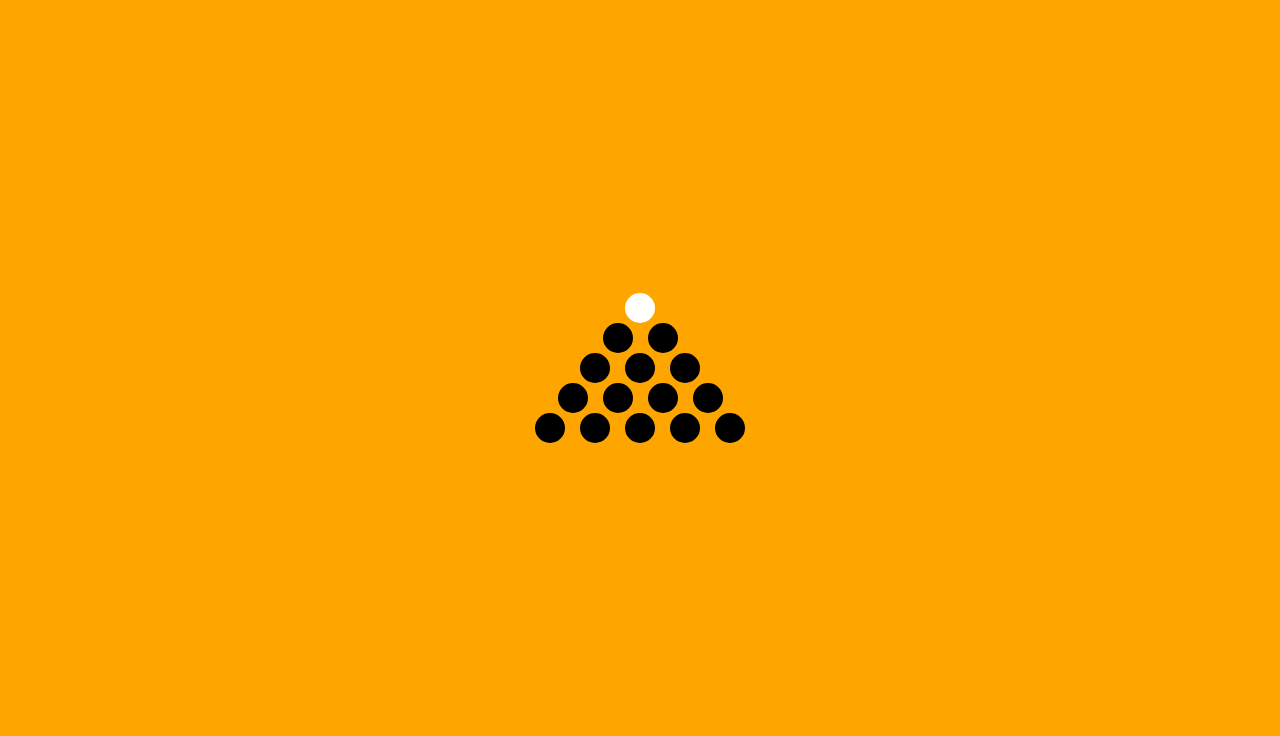
Repository: Yash19075/Mathematical-Peg-game
Page: Peg-game.html
An editor plug-in stored every save of this project. The page is shown before and after the next save, followed by the edit.
The browser window is 1280 px wide. The pictures show the whole page.

Above is the page before, as saved 2025-03-19 10:16:40.

After the next save:
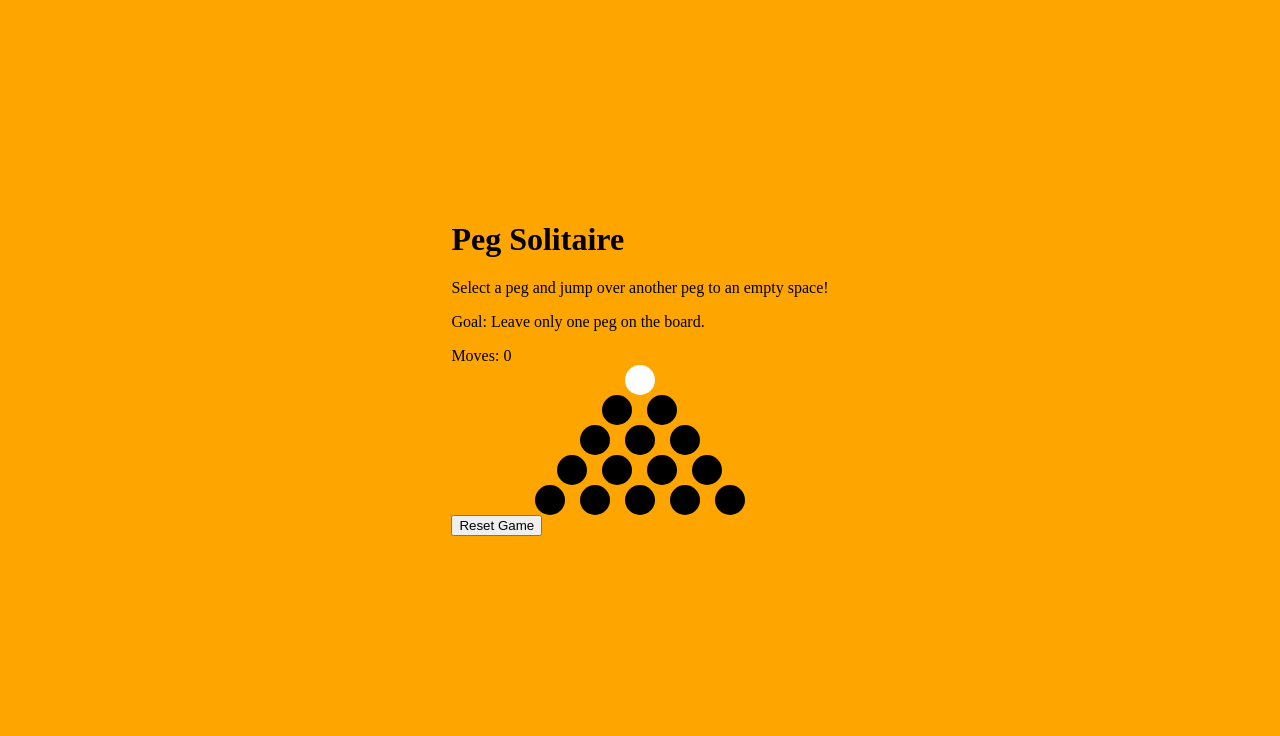
Saved 8 min 1 s later.
--- a/Peg-game.html
+++ b/Peg-game.html
@@ -3,36 +3,47 @@
 <head>
     <meta charset="UTF-8">
     <meta name="viewport" content="width=device-width, initial-scale=1.0">
-    <title>Peg game</title>
+    <title>Peg Solitaire</title>
     <link rel="stylesheet" href="Peg-game.css">
 </head>
 <body>
-    <div class="peg-board">
-        <div class="row">
-            <div class="peg" onclick="selectPeg(event)"></div>
+
+    <div class="container">
+        <h1>Peg Solitaire</h1>
+        <p>Select a peg and jump over another peg to an empty space!</p>
+        <p>Goal: Leave only one peg on the board.</p>
+
+        <div id="move-counter">Moves: 0</div>
+
+        <div class="peg-board">
+            <div class="row">
+                <div class="peg" onclick="selectPeg(event)"></div>
+            </div>
+            <div class="row">
+                <div class="peg" onclick="selectPeg(event)"></div>
+                <div class="peg" onclick="selectPeg(event)"></div>
+            </div>
+            <div class="row">
+                <div class="peg" onclick="selectPeg(event)"></div>
+                <div class="peg" onclick="selectPeg(event)"></div>
+                <div class="peg" onclick="selectPeg(event)"></div>
+            </div>
+            <div class="row">
+                <div class="peg" onclick="selectPeg(event)"></div>
+                <div class="peg" onclick="selectPeg(event)"></div>
+                <div class="peg" onclick="selectPeg(event)"></div>
+                <div class="peg" onclick="selectPeg(event)"></div>
+            </div>
+            <div class="row">
+                <div class="peg" onclick="selectPeg(event)"></div>
+                <div class="peg" onclick="selectPeg(event)"></div>
+                <div class="peg" onclick="selectPeg(event)"></div>
+                <div class="peg" onclick="selectPeg(event)"></div>
+                <div class="peg" onclick="selectPeg(event)"></div>
+            </div>
         </div>
-        <div class="row">
-            <div class="peg" onclick="selectPeg(event)"></div>
-            <div class="peg" onclick="selectPeg(event)"></div>
-        </div>
-        <div class="row">
-            <div class="peg" onclick="selectPeg(event)"></div>
-            <div class="peg" onclick="selectPeg(event)"></div>
-            <div class="peg" onclick="selectPeg(event)"></div>
-        </div>
-        <div class="row">
-            <div class="peg" onclick="selectPeg(event)"></div>
-            <div class="peg" onclick="selectPeg(event)"></div>
-            <div class="peg" onclick="selectPeg(event)"></div>
-            <div class="peg" onclick="selectPeg(event)"></div>
-        </div>
-        <div class="row">
-            <div class="peg" onclick="selectPeg(event)"></div>
-            <div class="peg" onclick="selectPeg(event)"></div>
-            <div class="peg" onclick="selectPeg(event)"></div>
-            <div class="peg" onclick="selectPeg(event)"></div>
-            <div class="peg" onclick="selectPeg(event)"></div>
-        </div>
+
+        <button id="reset-btn" onclick="resetGame()">Reset Game</button>
     </div>
 
     <script src="Peg-game.js"></script>
